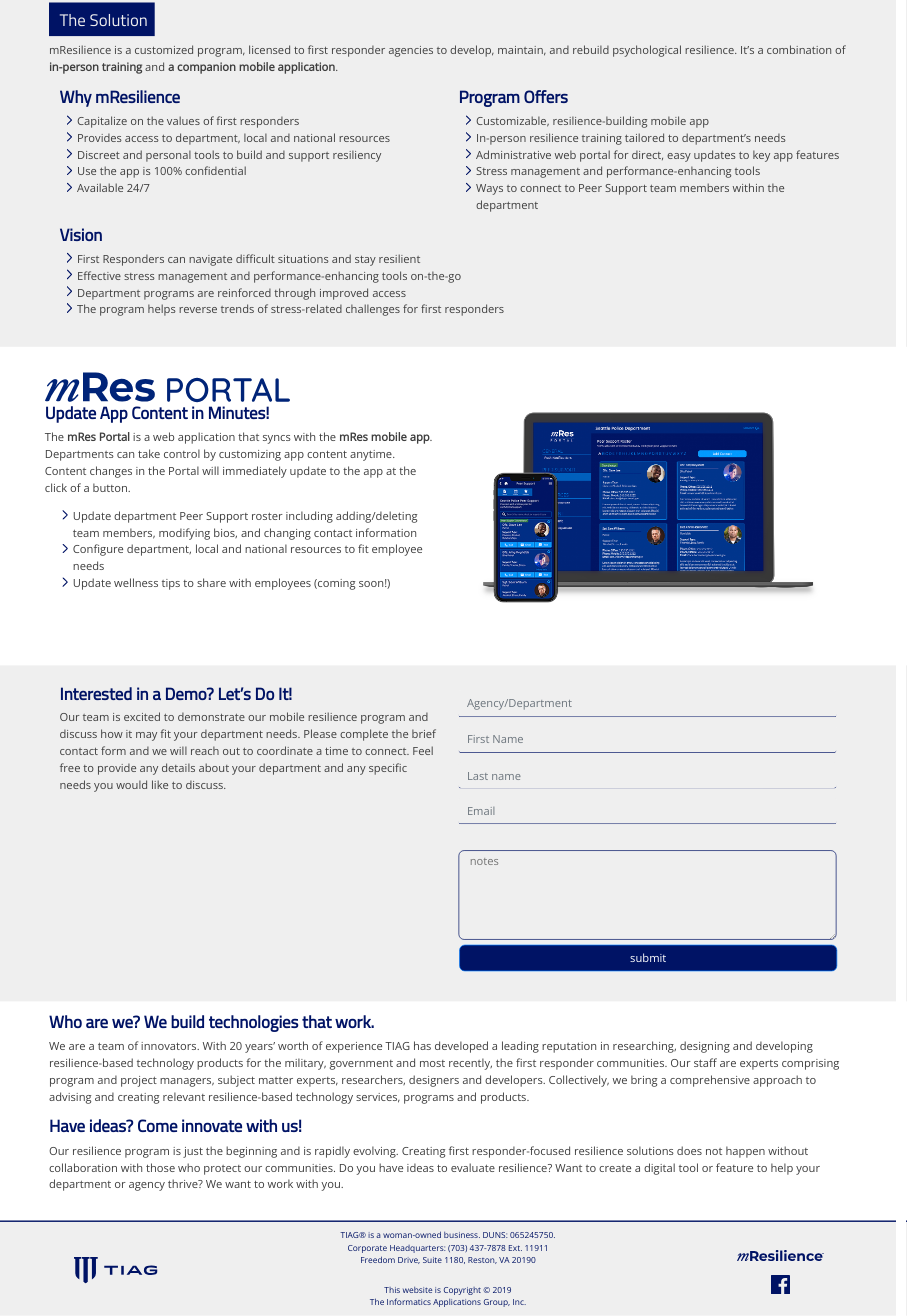
Repository: shenjune/mResilienceWebsite
Page: index.html
The author's editor kept a copy of each file at every save. The page is drawn from the files as they stood at one save, then again after the next save.
The browser window is 1280 px wide. The page is 1295 px wide, so the pictures cover 1295 px, including what lies to the right of the window. The pictures show the part of the page from y = 1261 to 3141 px (the page is 3141 px tall before and 3104 px after), at 70% of full size.
Some web libraries are served in a nearby version.

Above is the page before, as saved 2019-11-09 13:00:26.

### index.html
<!doctype html>
<html lang="en">
<head>
	<title>TIAG mResilience</title>
	<!-- Required meta tags -->
	<meta charset="utf-8">
	<meta name="viewport" content="width=device-width, initial-scale=1, shrink-to-fit=no">

	<!-- NOTE: moved reset to before all other stylesheets -->
	<link rel="reset" href="./Assets/reset.css">

	<!-- Google Fonts -->
	<link href="https://fonts.googleapis.com/css?family=Titillium+Web&display=swap" rel="stylesheet">
	<link href="https://fonts.googleapis.com/css?family=Open+Sans&display=swap" rel="stylesheet">

	<!-- Bootstrap CSS -->
	<link rel="stylesheet" href="https://stackpath.bootstrapcdn.com/bootstrap/4.3.1/css/bootstrap.min.css" integrity="sha384-ggOyR0iXCbMQv3Xipma34MD+dH/1fQ784/j6cY/iJTQUOhcWr7x9JvoRxT2MZw1T" crossorigin="anonymous">

	<!-- Font Awesome CSS Icons (For cool glyphicons) -->
	<link rel="stylesheet" href="https://maxcdn.bootstrapcdn.com/font-awesome/4.5.0/css/font-awesome.min.css" />

	<!-- CSS Stylesheet -->
	<!-- NOTE: removed `media="screen"` attribute below since there's only one custom stylesheet -->
	<link rel="stylesheet" href="style.css"/>

</head>

<body>

<!-- 01 Nav -->
	<nav class="navbar navbar-expand-lg nav-bg-color navbar-light" id="nav">
		<a class="navbar-brand" href="#">
			<img src="Assets/Images/mResFullLogo1.svg" alt="mResilience Logo" class="img-fluid">
		</a>
		<button class="navbar-toggler" type="button" data-toggle="collapse" data-target="#navbarSupportedContent" aria-controls="navbarSupportedContent" aria-expanded="false" aria-label="Toggle navigation">
			<span class="navbar-toggler-icon"></span>
		</button>

		<!--Start of NavBar links-->
		<div class="collapse navbar-collapse titillium-font" id="navbarSupportedContent">
			<ul class="navbar-nav ml-auto">
			<!--NavBar Main Link-->
				<li class="nav-item">
					<a class="nav-link" href="#main"><h5 class= "secondFont">Main</h5><span class="sr-only">(current)</span></a>
				</li>
				<!--NavBar Why Link-->
				<li class="nav-item">
					<a class="nav-link" href="#why"><h5 class= "secondFont">The Why</h5></a>
				</li>
				<!--NavBar Features Link-->
				<li class="nav-item">
					<a class="nav-link" href="#portal-div"><h5 class= "secondFont">Features</h5></a>
				</li>
				<!--NavBar Contact Link-->
				<li class="nav-item">
					<a class="nav-link" href="#back-form"><h5 class= "secondFont">Contact</h5></a>
				</li>
				<!--NavBar About Link-->
				<li class="nav-item">
					<a class="nav-link" href="#about"><h5 class= "secondFont">About</h5></a>
				</li>
				<!--NavBar Facebook Link-->
				<li class="nav-item" id="nav-fb">
					<a href="https://www.facebook.com/mresilience/"  target= "_blank" class="nav-link"><img src="Assets/Images/Facebook.svg" alt="facebook logo"></a>
				</li>
				<!--NavBar TIAG Link to www.tiag.net-->
				<li class="nav-item" id="nav-tiag">
					<a href="http://tiag.net" target="_blank" class="nav-link"><img src="Assets/Images/TIAGlogo.svg" height="25Spx" alt="TIAG logo"></a>
				</li>
			</ul>
		</div>
	</nav>

	<!-- 02 Main -->
	<div class="row" id="main">
		<div class="col-lg-7 ml-auto col-sm-12">
			<img src="Assets/Images/01MainPhone.png" width="100%">
		</div>
		<div class="align-left col-lg-5 ml-auto ">
			<!-- Beginning header image and opening paragraph -->
			<img src="Assets/Images/mResLogo.svg" alt="mResLogo" class="mobilePadding" id="mResLogo">
			<h4 class="secondFont mobilePadding">
				Mobile App for First Responders
			</h4>
			<p class="lead mobilePadding" id="leadText">A customizable resilience-building app available 24/7 that provides direct access to peer support, department supported resources, and stress management tools.</p>
		</div>

		<div class="col-12" id="mainBottomImage">
			<!-- NOTE: style this image using id or class in the stylesheet -->
			<img src="Assets/Images/02MainFooterImage.png" id="mainBottomImage" alt="image of first responders">
		</div>
	</div>

	<!-- 03 The Why -->
	<div id="why">
		<div class="container">
			<div class="row">
				<div class="col-12">
					<!-- 03A: First Responder Challenges section-->
					<div id= "3A">
						<div class="row" id="challengesHeader">
							<h4 class="invert">First Responder Challenges</h4>
						</div>

						<!-- 03A: First Responder Challenges text -->
						<div class="row" id="challengeStatement">
							<p>First responders put resilience to the test every day. The ability to “bounce back” is critical to do the work of protecting and saving lives. But the challenges of first responder work hit at the core. <strong>Strengthening</strong> and <strongaintaining resilience</strong> are the cornerstone of any prevention program.</p>
						</div>

						<!-- 03A: Bullet Points -->
						<div class="row" id="titles">
							<!-- STRESS SECTION -->
							<div class="col-lg-6 col-sm-12" id="stressSubHeader">
								<h4 class= "secondFont">Effects of Stress & Trauma</h4>
								<!-- STRESS PTS -->
								<div class="row">
								<!-- STRESS BULLET POINTS I-->
									<div class="col-6" >
										<ul class="checkBullets">
											<li>Burnout</li>
											<li>Obesity</li>
											<li>Substance Abuse</li>
											<li>PTSD</li>
											<li>Depression</li>
										</ul>
									</div>
							<!-- STRESS BULLET POINTS PT II-->
									<div class="col-6" >
										<ul class="checkBullets">
											<li>Anxiety</li>
											<li>Domestic Abuse</li>
											<li>Suicide</li>
											<li>Poor cardiac health</li>
											<li>Agitation/Anger</li>
										</ul>
									</div>
								</div>
							</div>

							<!-- DEPARTMENT SECTION -->
							<div class="col-lg-6 col-sm-12" id="challengesSubHeader">
								<h4 class= "secondFont">Department Challenges</h4>
								<div class="row">
								<!-- DEPARTMENT PTS -->
									<div class="col-12" id="challengebullets">
										<ul class= "exPt">
											<li>Impact of stress on productivity, performance and retention</li>
											<li>Cost-effective ways to address the mental challenges of the job</li>
											<li>The stigma against seeking psychological help</li>
										</ul>
									</div>
								</div>
							</div>
						</div>
					</div>
				</div>
			</div>

			<!--03B: The Solution Section-->
			<div id="solutionSection">
				<!-- Solution Title -->
				<div class="row" id="solutionHeader">
					<h4 class="invert">The Solution</h4>
				</div>

				<!-- Solution Statement -->
				<div class="row" id="solutionStatement">
					<p>mResilience is a customized program, licensed to first responder agencies to develop, maintain, and rebuild psychological resilience. It’s a combination of <strong>in-person training</strong> and <strong>a companion mobile application</strong>.</p>
				</div>

				<!-- Solution Bullet Points -->
				<div class="row" id="titles2">
					<div class="col-lg-6 ml-auto col-sm-12" id="whymResSubHeader"><h4 class= "secondFont">Why mResilience</h4>
						<div class="row"  id="whyBullets">
							<ul class= "arrow">
								<li>Capitalize on the values of first responders</li>
								<li>Provides access to department, local and national resources</li>
								<li>Discreet and personal tools to build and support resiliency</li>
								<li>Use the app is 100% confidential</li>
								<li>Available 24/7</li>
							</ul>
						</div>
					</div>

				<!-- <div id="programOffers"> -->
					<div class="col-lg-6 ml-auto col-sm-12" id="programSubHeader">
						<h4 class= "secondFont">Program Offers</h4>
						<div class="row" id="offerBullets">
							<ul class= "arrow">
								<li>Customizable, resilience-building mobile app</li>
								<li>In-person resilience training tailored to department’s needs</li>
								<li>Administrative web portal for direct, easy updates to key app features</li>
								<li>Stress management and performance-enhancing tools</li>
								<li>Ways to connect to Peer Support team members within the department</li>
							</ul>
						</div>
					</div>
				</div>

				<!-- Vision Bullet Points -->
				<div class="row" id="visionSubHeader">
					<div class="col-lg-12 ml-auto col-sm-12">
						<h4 class= "secondFont">Vision</h4>
						<div class="row">
							<ul class= "arrow">
								<li>First Responders can navigate difficult situations and stay resilient</li>
								<li>Effective stress management and performance-enhancing tools on-the-go</li>
								<li>Department programs are reinforced through improved access</li>
								<li>The program helps reverse trends of stress-related challenges for first responders</li>
							</ul>
						</div>
					</div>
				</div>
			</div>
		</div>
	</div>

	<!-- 04 PORTAL DIV -->
	<div id= "portal-div">
		<div class="row">
		<!-- div for the portal text -->
			<div class="col-lg-6 ml-auto col-sm-12">
				<img id="portallogo" src="Assets/Images/portallogo2.svg" alt="mResLogo">
				<h4 class= "secondFont">Update App Content in Minutes!</h4>
				<p>The <strong> mRes Portal</strong> is a web application that syncs with the <strong>mRes mobile app</strong>. Departments can take control by customizing app content anytime. Content changes in the Portal will immediately update to the app at the click of a button.</p>

				<ul class="arrow">
					<li>Update department Peer Support roster including adding/deleting team members, modifying bios, and changing contact information</li>
					<li>Configure department, local and national resources to fit employee needs</li>
					<li>Update wellness tips to share with employees (coming soon!)</li>
				</ul>
			</div>

		<!-- div for the Feature images -->
			<div class="col-lg-6 col-sm-12" style = "text-align: center">
				<img id= 'portalImg' src="Assets/Images/portal.png" alt="portalImg">
			</div>
		</div>
	</div>

	<!---- 05 Contact Form ---->
	<div id="back-form">
		<div class="container mobilePadding2">
			<div class="row">
				<div class= "col-lg-6 col-sm-12">
					<h4 class="secondFont">Interested in a Demo? Let’s Do It!</h4>
					<p>Our team is excited to demonstrate our mobile resilience program and discuss how it may fit your department needs. Please complete the brief contact form and we will reach out to coordinate a time to connect. Feel free to provide any details about your department and any specific needs you would like to discuss.</p>
				</div>

				<form class= "col-lg-6 col-sm-12" id="back-form2">
				<!-- INPUT SECTION -->
					<div class="form-group" >
						<!-- Department input -->
						<div class="row input-row">
							<div class="col-lg-12">
								<input type="text" class="form-control input-border" id="user-dept" placeholder="Agency/Department">
							</div>
						</div>

						<!-- First name input -->
						<div class="row input-row">
							<div class="col-lg-12">
								<input type="text" class="form-control input-border" id="user-name" placeholder="First Name">
							</div>
						</div>

						<!-- Last name input -->
						<div class="row input-row">
							<div class="col-lg-12">
								<input type="text" class="form-control input-border" id="user-last-name" placeholder="Last name">
							</div>
						</div>

						<!-- Email input -->
						<div class="row input-row">
							<div class="col-lg-12">
								<input type="email" class="form-control input-border" id="user-email" placeholder="Email">
							</div>
						</div>

						<!-- Notes input -->
						<div class="row">
							<div class="col-lg-12">
								<label for="message"></label>
								<textarea class="col-lg-12" id="message" name="message" required="required" placeholder="notes"></textarea>
							</div>
						</div>

					<!-- Submit button -->
						<div class="row">
							<div class="col-lg-12">
								<button type="submit" class="btn btn-primary" id="send">submit</button>
							</div>
						</div>
					</div>
				</form>
			</div>
		</div>
	</div>

	<!--06 About TIAG goes here-->
	<div id="about">
		<div class="container mobilePadding2">
			<div class="row">
				<div id = "whoWeAre" style="margin-top:15px">
					<h4 class="secondFont">
						<strong>Who are we?</strong>  We build technologies that work.
					</h4>
				</div>
				<div id ="whoWeAreP">
					<p>We are a team of innovators. With 20 years’ worth of experience TIAG has developed a leading reputation in researching, designing and developing resilience-based technology products for the military, government and most recently, the first responder communities. Our staff are experts comprising program and project managers, subject matter experts, researchers, designers and developers. Collectively, we bring a comprehensive approach to advising and creating relevant resilience-based technology services, programs and products.</p>
				</div>

			<div id="haveIdeas">
				<h4 class="secondFont">
					<strong>Have ideas?</strong> Come innovate with us!
				</h4>
			</div>

			<div id="haveIdeasP">
				<p>Our resilience program is just the beginning and is rapidly evolving. Creating first responder-focused resilience solutions does not happen without collaboration with those who protect our communities. Do you have ideas to evaluate resilience? Want to create a digital tool or feature to help your department or agency thrive? We want to work with you.</p>
			</div>
			<br>
			</div>
		</div>
	</div>

	<!-- FOOTER FOR THE WEBSITE -->
	<footer class="footer">
		<div id= "" class="container">
			<div id= "footer-row" class="row">
			<!-- footer conditions in Javascript will reference this div -->
			</div>
		</div>
	</footer>

	<!-- Optional JavaScript -->
	<!-- jQuery first, then Popper.js, then Bootstrap JS -->
	<script src="https://code.jquery.com/jquery-3.1.1.min.js"></script>
	<script src="https://cdnjs.cloudflare.com/ajax/libs/twitter-bootstrap/4.0.0/js/bootstrap.bundle.min.js"></script>

	<!-- commented out to make nytimes api work -->
	<!-- <script src="https://code.jquery.com/jquery-3.3.1.slim.min.js" integrity="sha384-q8i/X+965DzO0rT7abK41JStQIAqVgRVzpbzo5smXKp4YfRvH+8abtTE1Pi6jizo" crossorigin="anonymous"></script> -->
	<script src="https://cdnjs.cloudflare.com/ajax/libs/popper.js/1.14.7/umd/popper.min.js" integrity="sha384-UO2eT0CpHqdSJQ6hJty5KVphtPhzWj9WO1clHTMGa3JDZwrnQq4sF86dIHNDz0W1" crossorigin="anonymous"></script>
	<script src="https://stackpath.bootstrapcdn.com/bootstrap/4.3.1/js/bootstrap.min.js" integrity="sha384-JjSmVgyd0p3pXB1rRibZUAYoIIy6OrQ6VrjIEaFf/nJGzIxFDsf4x0xIM+B07jRM" crossorigin="anonymous"></script>

	<!-- script link to send email from contact form to tiag -->
	<script src="https://smtpjs.com/v3/smtp.js"></script>
	<script src="script.js"></script>

</body>
</html>

### style.css
/* BODY */

body {
    /*  APPLIES OPEN SANS WITH GREY COLOR TO WHOLE PAGE */
    /*  Desired effect is making all text the grey and sans */
    font-family: 'Open Sans', sans-serif;
    color: #3e3e3e;
    width: 100%;
    font-weight: normal;
}

/*  CLASS FOR TITILLIUM FONT WITH BLUE COLOR */

.secondFont {
    font-family: 'Titillium Web', sans-serif;
    color: #001365;
    font-weight: bold;
}

/*  CLASS FOR INVERTED HEADER */

.invert {
    margin-top: 15px;
    font-family: 'Titillium Web', sans-serif;
    color: #eeeeee;
    background-color: #001365;
    padding: 10px;
    padding-left: 15px;
}

/* 01 Nav */

/*scroll-behavior animation for Chrome and FoxFire*/
html {
    scroll-behavior: smooth;
}

#nav{
    position: fixed;
    z-index: 1;
}

nav {
    background-color: #efefef;
    border-bottom: 2px solid #001365;
    top: 0;
    width: 100%;
}

.nav-link {
    margin-right: 15px;
    padding: 5px;
    margin-top: 0px;
    align-items: center;
    justify-content: center;
    }

.nav-link h5:hover {
    font-family: 'Titillium Web', sans-serif;
    color: #eeeeee;
    background-color: #001365;
    }


/* 02 Main Section */

div#main.row{
    margin-top: 8%;
}

#main h4 {
    margin-top: 30px;
}

#mResLogo {
    margin-top: 5%;
}

#mainBottomImage {
    width: 100%;
    height: auto;
    margin: 0 auto;
    position: relative;
    top: 0;
    bottom:0;
    z-index: -1;
}
/* White mResilience Logo that overlays on the people picture under the mobile app image in 02. Main section*/
/*div img#whiteLogo {
    margin: 10% 35%;
    position: absolute;
} */

/* 03 The Why Section */

#why {
    background:#efefef;
    padding-bottom: 2%;
}

.checkBullets {
    list-style-image: url('Assets/Images/02checkmark.svg');
}

.exPt {
    list-style-image: url('Assets/Images/02exclamation.svg');
}

.arrow {
    list-style-image: url('Assets/Images/02arrow.svg')
}

/* 04 Portal Section*/

#portal-div {
    color:#3e3e3e;
    background:white;
    width:100%;
    padding-top: 2%;
    padding-left: 5%;
    padding-right: 5%;
    padding-bottom:5%;
}

#portallogo {
    height: 12%;
    margin-top: 2%;

}

#portalImg {
    width:100%;
    height:auto;
    padding-top: 8%;
    padding-right:3%;
}

/* 05 contact form */

#back-form {
    background:#efefef;
    padding-top: 2%;
    padding-bottom: 2%;
}
div.container div.row h4.secondFont{
    padding-top: 0%;
}

div.container div.row form#back-form.col-lg-6.col-sm-12{
    padding-top:2%;
    padding-left: 0%;
}
/* 05 Contact form border & background color by ID */

.input-row {
    margin-top:10px;
    margin-bottom:10px;
}

#user-dept {
    background:#efefef;
}

#user-name {
    background:#efefef;
}

#user-last-name {
    background:#efefef;
}

#user-email {
    background:#efefef;
}

#message{
    border-radius: 8px;
    height: 8em;
    border: 1.5px solid #001365;
    background:#efefef;
}

.input-border {
    border-style: none;
    border-bottom: 1.5px solid #001365;
    margin-bottom: .20em;
}

#send{
    width: 100%;
    margin: 1px;
    background-color: #001365;
    border-radius:8px;
}

#send:hover{
    background-color: #EFEFEF;
    color:#001365;
}

/*Footer*/
.footer {
    border-top: 2px solid #001365;
    padding: 10px;
    bottom: 0;
    width: 100%;
    background: #efefef;
    text-align: center;
    color: #001365;
    float: left;

}

.pFooter {
    font-size: 12px;
    margin: 0px;
    line-height: 1.5em;
}

.footerImage {
    padding: 10px;
    margin-left: auto;
    margin-right: auto;
}

h3 {
    color: #001365;
}

/* when the screen is mobile the padding for the 02 Main section and 06 About sections are given more space for readability */
@media only screen and (max-width:600px){
    .mobilePadding {
        padding-left:13%;
        padding-right: 5%;
    }

    .mobilePadding2 {
        padding-left: 8%;
        padding-right: 5%;
    }

    #portallogo {
        height: 10%;
        padding-bottom: 3%;
    }
};

/* when the screen is for a desktop the padding for the 02 Main is change for nicer visual spacing */
@media only screen and (min-width: 768px) {
    #leadText {
        padding-right: 15%;
    }

    #portallogo {
        height: 12%;
        padding-bottom: 3%;
    }
};

Loaded but not shown: script.js (135 lines, source omitted)

After the next save:
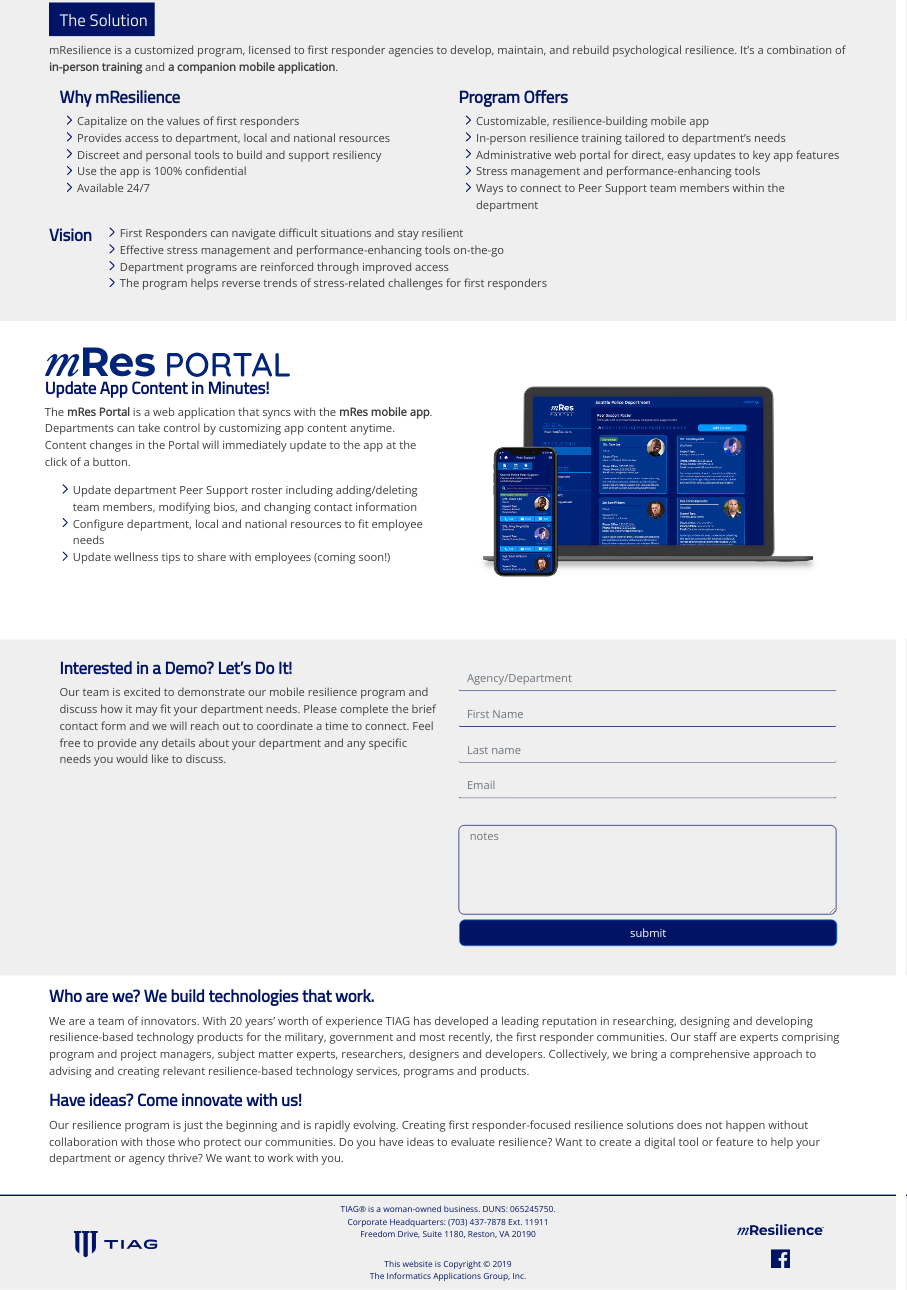
Saved 22 s later.
--- a/index.html
+++ b/index.html
@@ -199,17 +199,13 @@
 
 				<!-- Vision Bullet Points -->
 				<div class="row" id="visionSubHeader">
-					<div class="col-lg-12 ml-auto col-sm-12">
-						<h4 class= "secondFont">Vision</h4>
-						<div class="row">
-							<ul class= "arrow">
-								<li>First Responders can navigate difficult situations and stay resilient</li>
-								<li>Effective stress management and performance-enhancing tools on-the-go</li>
-								<li>Department programs are reinforced through improved access</li>
-								<li>The program helps reverse trends of stress-related challenges for first responders</li>
-							</ul>
-						</div>
-					</div>
+					<h4 class= "secondFont">Vision</h4>
+					<ul class= "arrow">
+						<li>First Responders can navigate difficult situations and stay resilient</li>
+						<li>Effective stress management and performance-enhancing tools on-the-go</li>
+						<li>Department programs are reinforced through improved access</li>
+						<li>The program helps reverse trends of stress-related challenges for first responders</li>
+					</ul>
 				</div>
 			</div>
 		</div>
